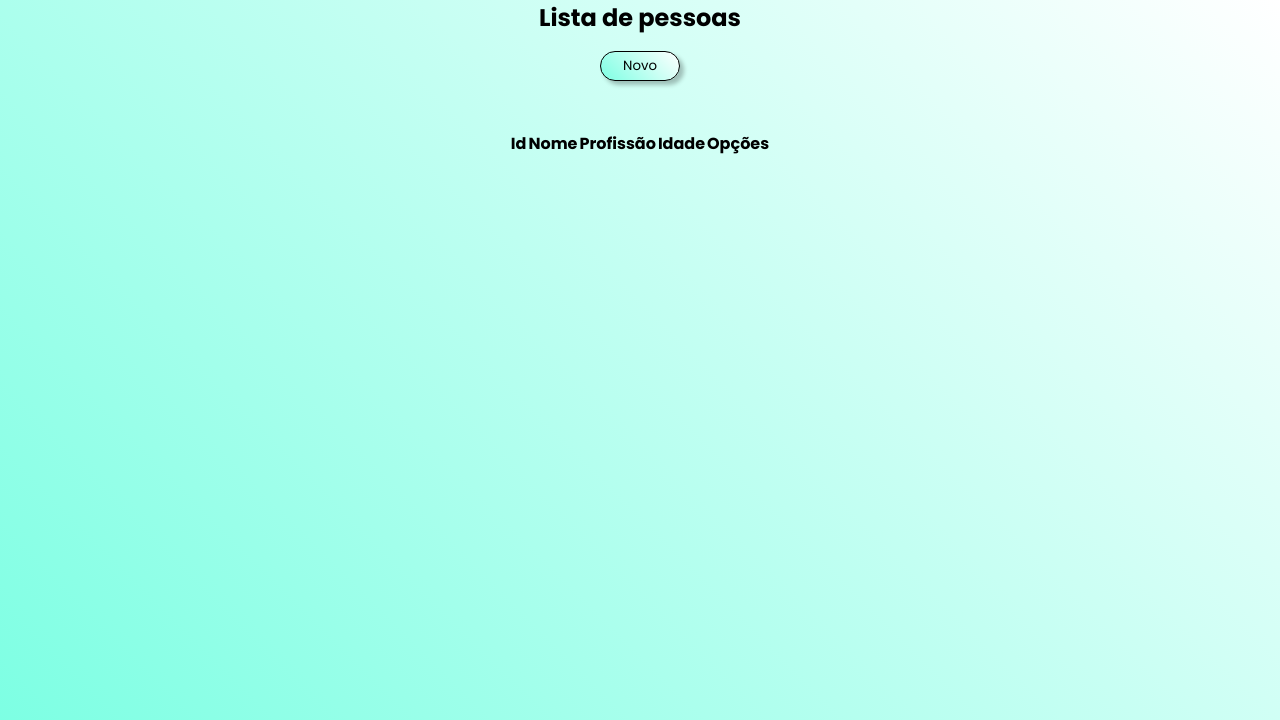
Repository: alef-torres/TesteUnicontrol
Page: http://localhost/desafioUnicontrol/main
The author's editor kept a copy of each file at every save. The page is drawn from the files as they stood at one save, then again after the next save.
The browser window is 1280 px wide. The pictures show the whole page.
The page is served by Tomcat 9. Queries for data that is not in the repository find no rows.

Above is the page before, as saved 2024-02-10 22:58:12.

After the next save:
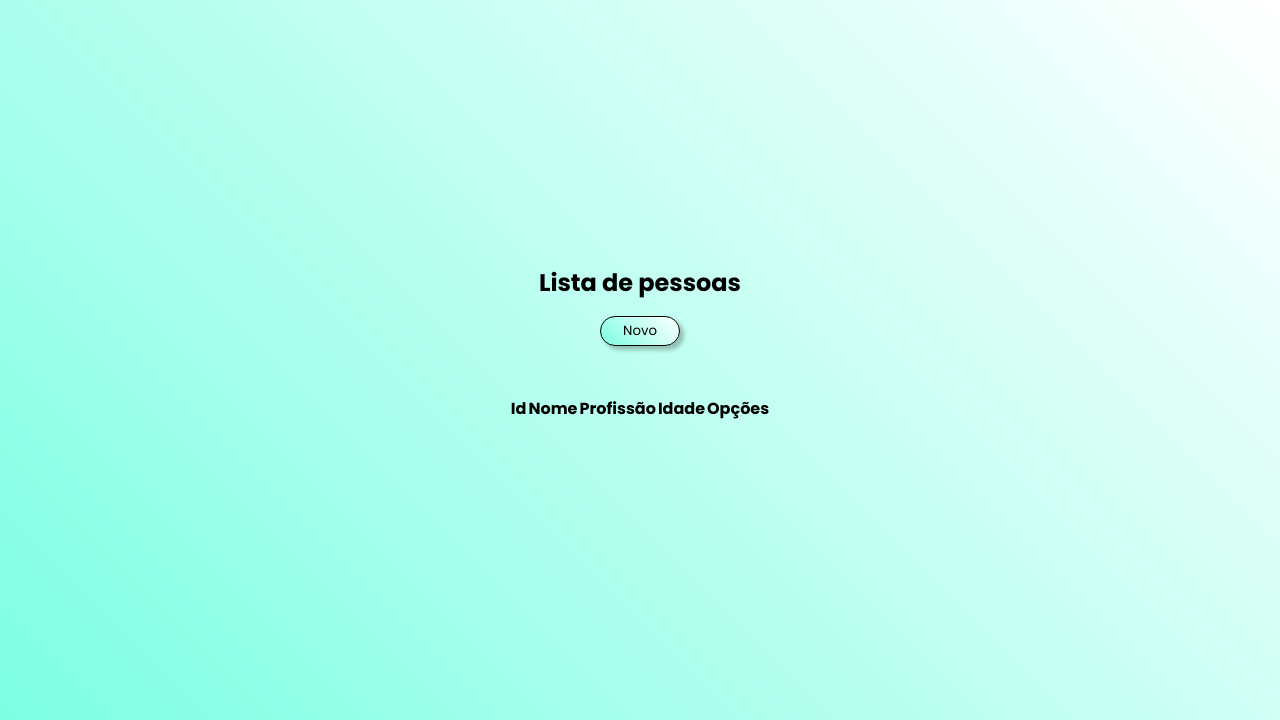
Saved 22 s later.
--- a/DesafioUnicontrol/desafioUnicontrol/src/main/webapp/estilo/pesquisa.css
+++ b/DesafioUnicontrol/desafioUnicontrol/src/main/webapp/estilo/pesquisa.css
@@ -17,13 +17,14 @@ body {
 
 section {
     display: flex;
+    height: 100%;
     flex-direction: column;
     justify-content: space-around;
     align-items: center;
 }
 
 div {
-	height: 100%;
+
     display: flex;
     flex-direction: column;
     justify-content: space-around;
